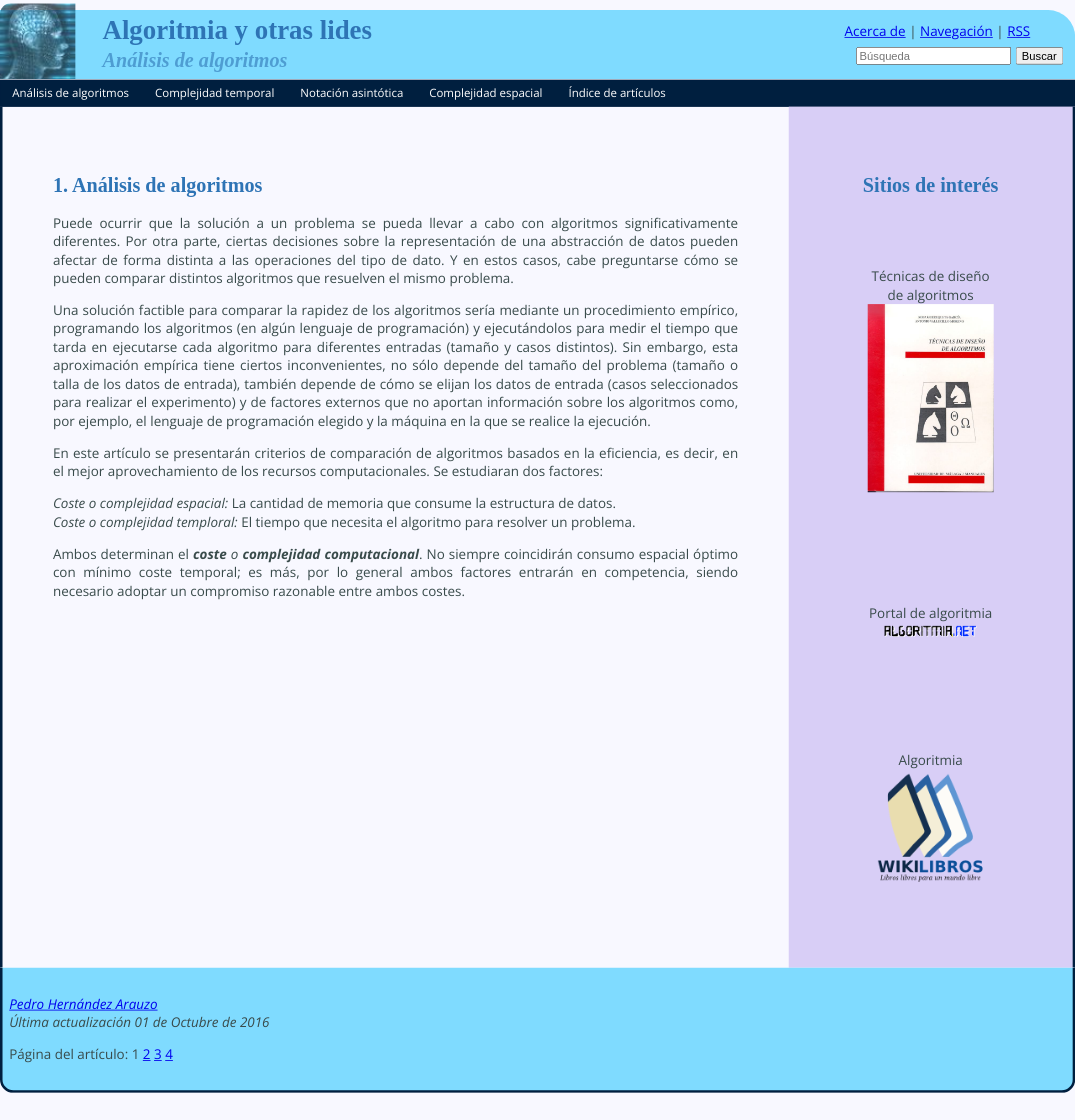
Repository: dgsama/Curso17
Page: SEW/WorkSpace/Practica04/index.html
An editor plug-in stored every save of this project. The page is shown before and after the next save, followed by the edit.
The browser window is 1280 px wide. The pictures show the whole page, at 84% of full size.
Some web fonts or font styles are not loaded; a fallback is used.

Above is the page before, as saved 2016-10-26 09:50:14.

After the next save:
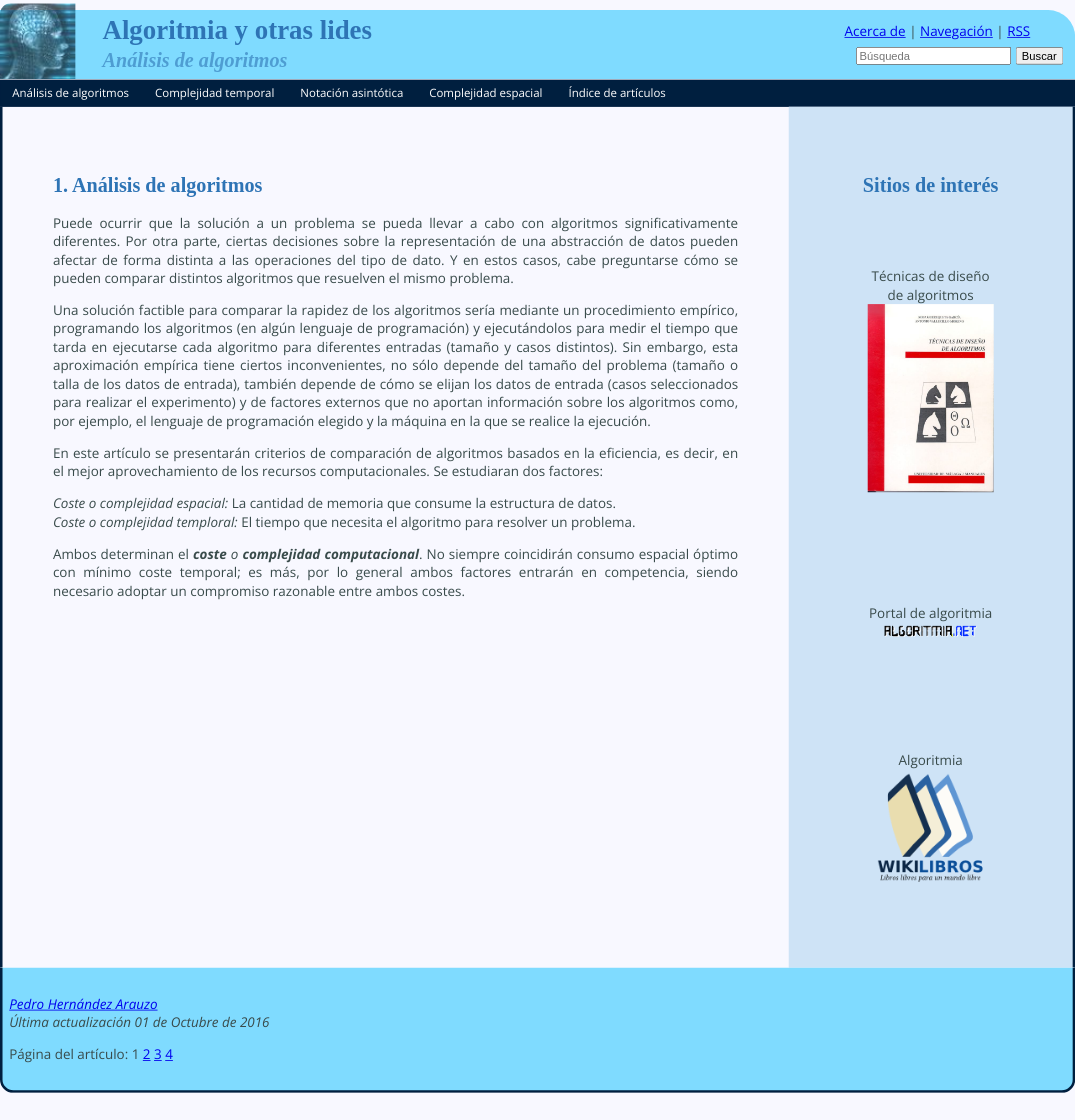
Saved 21 s later.
--- a/SEW/WorkSpace/Practica04/estilo.css
+++ b/SEW/WorkSpace/Practica04/estilo.css
@@ -283,7 +283,7 @@
         border-left: 0;
         padding: 2em 1.5em;
         display: table-cell;
-        background-color: #D8CEF6;
+        background-color: #CEE3F6;
     }
     #main {
         border-right: 0;
